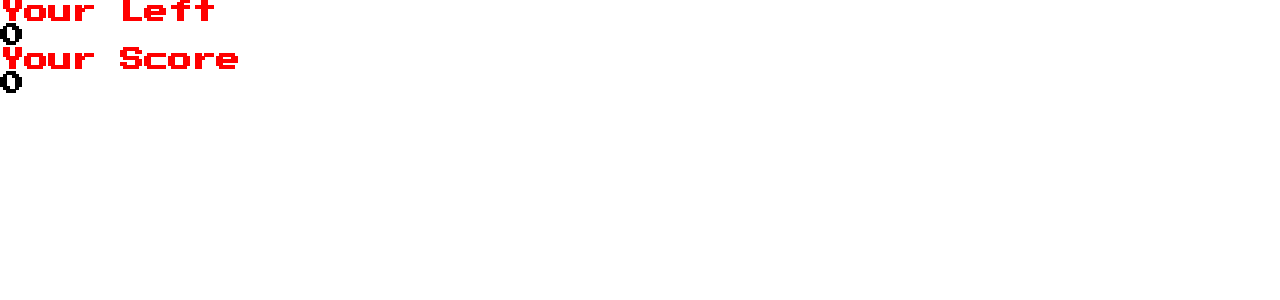
Repository: Zoemateus324/detona-ralph-js
Page: index.html
An editor plug-in stored every save of this project. The page is shown before and after the next save, followed by the edit.
The browser window is 1280 px wide. The pictures show the whole page.

Above is the page before, as saved 2024-11-26 08:23:19.

### index.html
<!DOCTYPE html>
<html lang="en">

<head>
    <!-- Settings -->
    <meta charset="UTF-8">
    <meta name="viewport" content="width=device-width, initial-scale=1.0">
    <title>Detona Ralph</title>

    <!-- Fonts -->
    <link rel="preconnect" href="https://fonts.googleapis.com">
    <link rel="preconnect" href="https://fonts.gstatic.com" crossorigin>
    <link href="https://fonts.googleapis.com/css2?family=Press+Start+2P&display=swap" rel="stylesheet">

    <!-- Styles -->
    <link rel="stylesheet" href="./src/styles/reset.css">
    <link rel="stylesheet" href="./src/styles/main.css">
</head>

<body>

    <div class="container">
        <div class="menu">
            <div class="menu-time">
                <h2 style="color: red;">Your Left</h2>
                <h2>0</h2>

            </div>
            <div class="menu-score">
                <h2 style="color: red;">Your Score</h2>
                <h2>0</h2>
            </div>
            <div class="menu-lives">
                <img src="" alt="">
            </div>
        </div>





        <div class="panel">

        </div>
    </div>


    <script defer src="./src/scripts/main.js"></script>
</body>



</html>

### src/styles/reset.css
*{
    margin:0;
    padding:0;
    box-sizing:border-box;
    /* font-family: "Bebas Neue", sans-serif; */
    font-family: "Press Start 2P", cursive;
}

Loaded but not shown: src/styles/main.css (no stored copy; drawn as an empty file); src/scripts/main.js (no stored copy; drawn as an empty file)

After the next save:
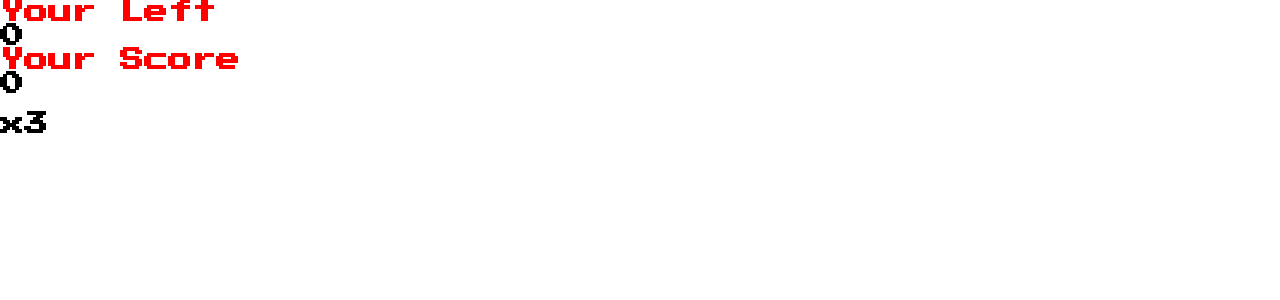
Saved 14 s later.
--- a/index.html
+++ b/index.html
@@ -32,6 +32,7 @@
             </div>
             <div class="menu-lives">
                 <img src="" alt="">
+                <h2>x3</h2>
             </div>
         </div>
 
